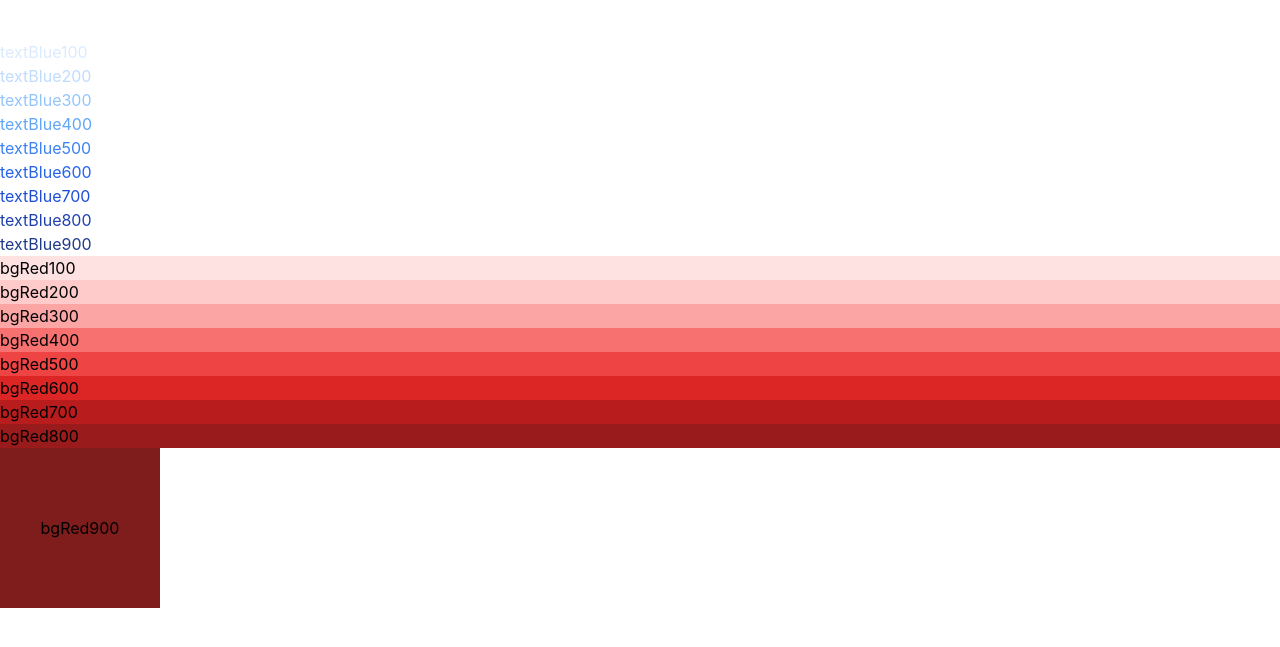
Repository: wogml3270/react-test-server
Page: /
An editor plug-in stored every save of this project. The page is shown before and after the next save, followed by the edit.
The browser window is 1280 px wide. The pictures show the whole page.
The project was rebuilt for these pictures with package versions that can differ from the ones it lists, and the page was loaded fresh each time. Also part of the build but not shown: src/App.css.

Above is the page before, as saved 2022-08-04 21:10:18.

### src/index.js
import React from 'react';
import ReactDOM from 'react-dom/client';
import './index.css';
import App from './App';
import reportWebVitals from './reportWebVitals';
import './tailwind.css';

const root = ReactDOM.createRoot(document.getElementById('root'));
root.render(
  <React.StrictMode>
    <App />
  </React.StrictMode>
);

// If you want to start measuring performance in your app, pass a function
// to log results (for example: reportWebVitals(console.log))
// or send to an analytics endpoint. Learn more: https://bit.ly/CRA-vitals
reportWebVitals();

### src/App.js

import './App.css';

function App() {
  return (
    <>
      <div className="mt-10">
        <h1 className="text-blue-100">textBlue100</h1>
        <h1 className="text-blue-200">textBlue200</h1>
        <h1 className="text-blue-300">textBlue300</h1>
        <h1 className="text-blue-400">textBlue400</h1>
        <h1 className="text-blue-500">textBlue500</h1>
        <h1 className="text-blue-600">textBlue600</h1>
        <h1 className="text-blue-700">textBlue700</h1>
        <h1 className="text-blue-800">textBlue800</h1>
        <h1 className="text-blue-900">textBlue900</h1>

        <h1 className="bg-red-100">bgRed100</h1>
        <h1 className="bg-red-200">bgRed200</h1>
        <h1 className="bg-red-300">bgRed300</h1>
        <h1 className="bg-red-400">bgRed400</h1>
        <h1 className="bg-red-500">bgRed500</h1>
        <h1 className="bg-red-600">bgRed600</h1>
        <h1 className="bg-red-700">bgRed700</h1>
        <h1 className="bg-red-800">bgRed800</h1>
        <h1 className="bg-red-900 h-40 w-40 flex justify-center items-center">bgRed900</h1>
      </div>
    </>
  );
}

export default App;

### src/tailwind.css
/* src/tailwind.css */

@tailwind base;
@tailwind components;
@tailwind utilities;

### tailwind.config.js
// tailwindcss.config.js

module.exports = {
    content: ['./src/**/*.{js,jsx,ts,tsx}', './public/index.html'],
    theme: {
        extend: {},
    },
    plugins: [],
};

Loaded but not shown: public/index.html (common file); src/index.css (common file); src/reportWebVitals.js (common file)

After the next save:
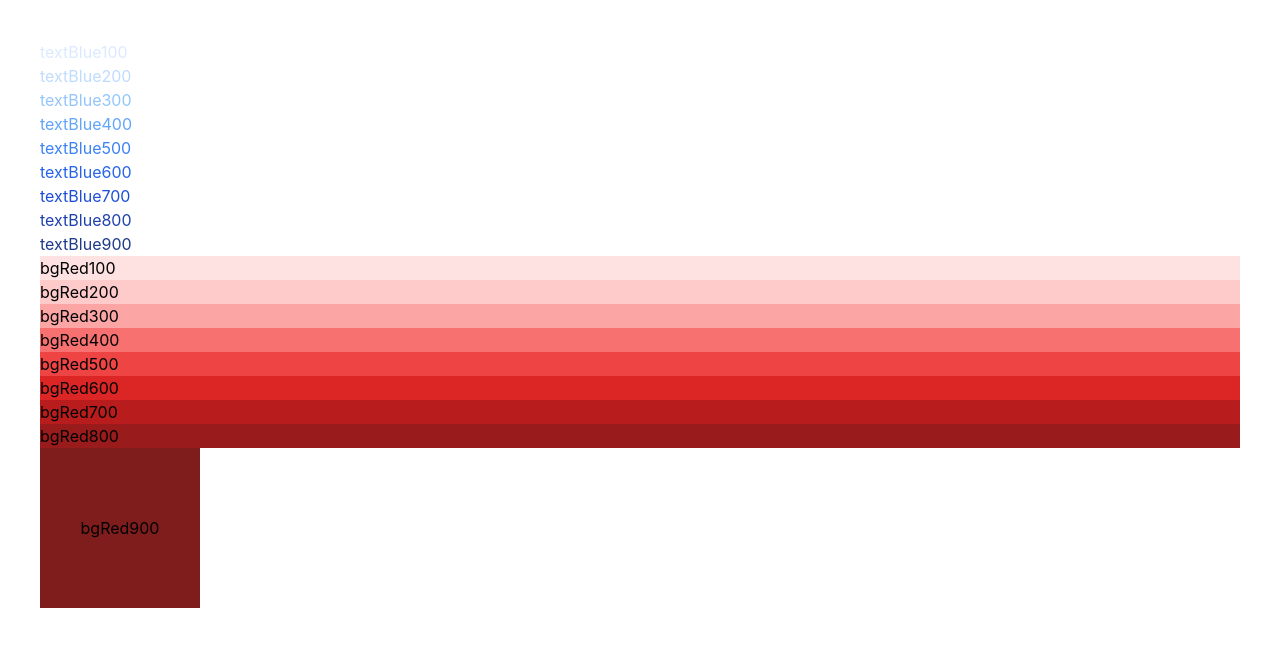
Saved 8 s later.
--- a/src/App.js
+++ b/src/App.js
@@ -4,7 +4,7 @@ import './App.css';
 function App() {
   return (
     <>
-      <div className="mt-10">
+      <div className="m-10">
         <h1 className="text-blue-100">textBlue100</h1>
         <h1 className="text-blue-200">textBlue200</h1>
         <h1 className="text-blue-300">textBlue300</h1>
